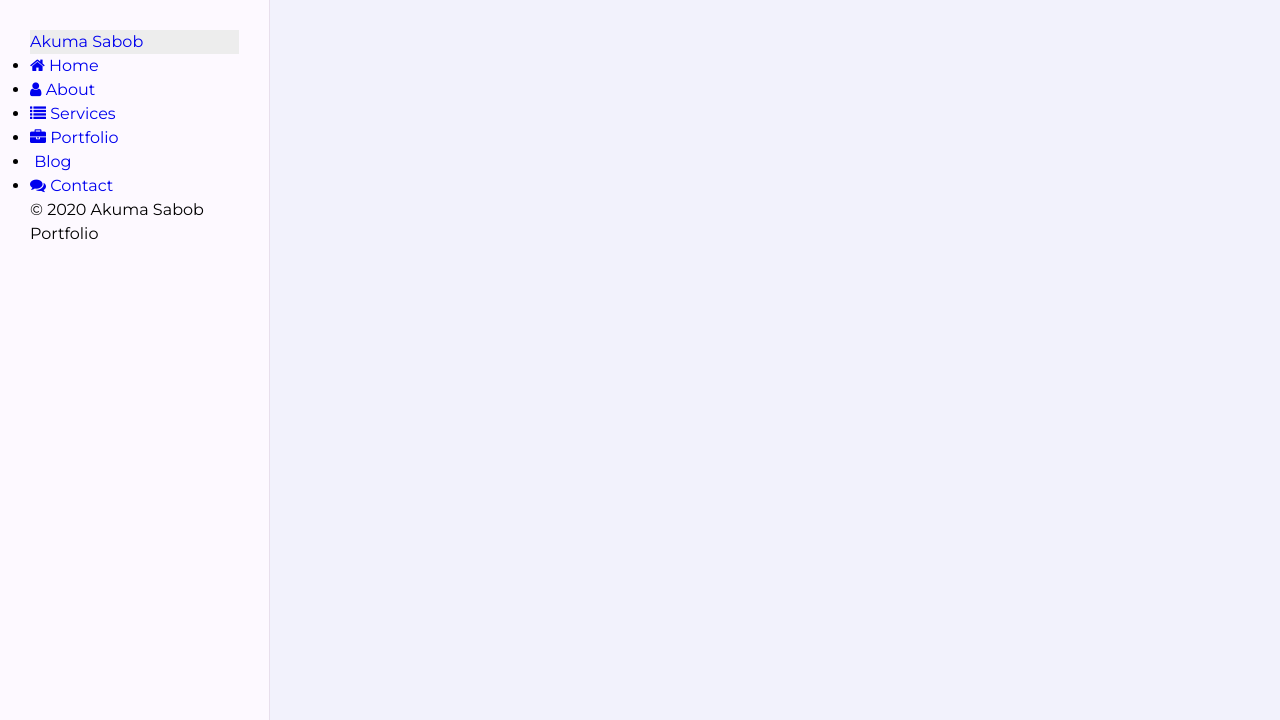
Repository: Akuma001/MY-Portfolio
Page: index.html
These files come from the project's save history. The page is drawn as it stood at one moment and after the next save; the edit follows.
The browser window is 1280 px wide. The pictures show the whole page.

Above is the page before, as saved 2020-12-12 21:36:08.

After the next save:
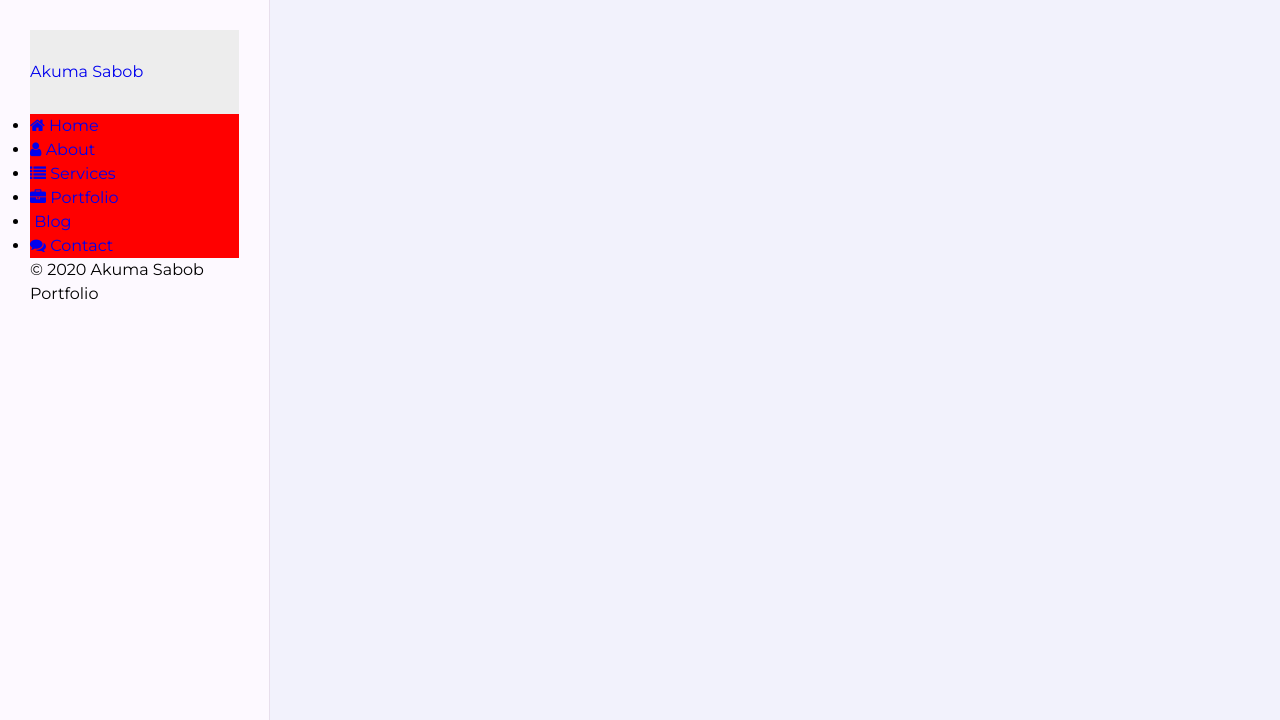
Saved 83 s later.
--- a/css/style.css
+++ b/css/style.css
@@ -49,8 +49,12 @@ body{
 
  .aside .logo{
     background-color: #ededed;
+    padding: 30px 0;
+
  }
-
+ .aside .nav{
+     background-color: red;
+ }
  .aside .logo a{
 
 }
